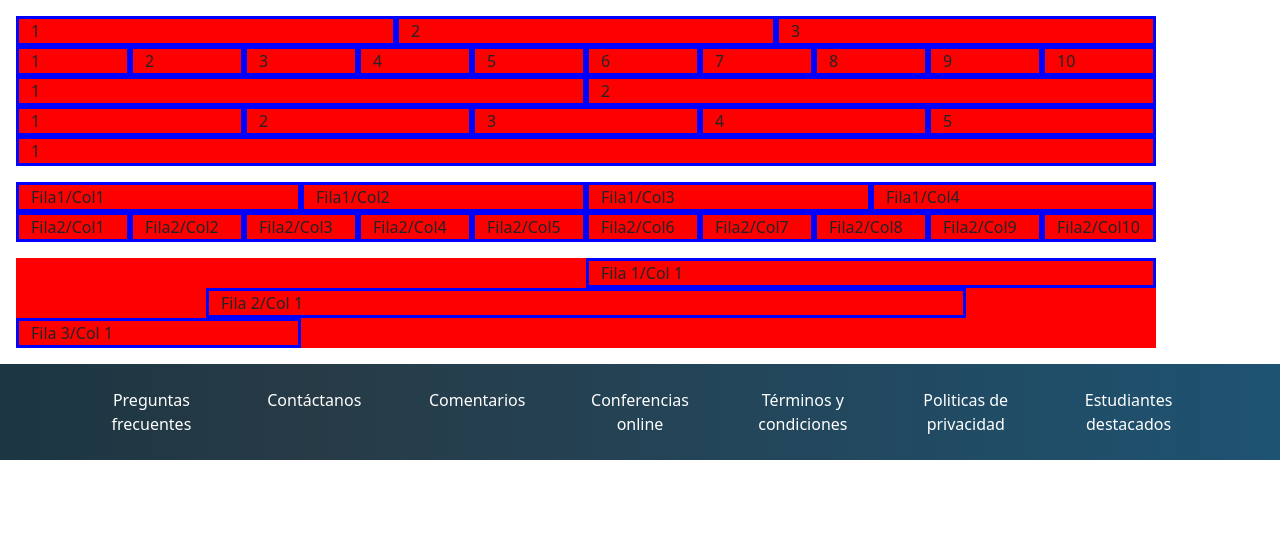
Repository: alexvl06/alexvl06.github.io
Page: index.html
These files come from the project's save history. The page is drawn as it stood at one moment and after the next save; the edit follows.
The browser window is 1280 px wide. The pictures show the whole page.

Above is the page before, as saved 2022-07-11 08:53:56.

### index.html
<!DOCTYPE html>
<html lang="en">
  <head>
    <meta charset="utf-8" />
    <meta name="viewport" content="width=device-width, initial-scale=1" />
    <title>Bootstrap demo</title>
    <link
      href="https://cdn.jsdelivr.net/npm/bootstrap@5.2.0-beta1/dist/css/bootstrap.min.css"
      rel="stylesheet"
      integrity="sha384-0evHe/X+R7YkIZDRvuzKMRqM+OrBnVFBL6DOitfPri4tjfHxaWutUpFmBp4vmVor"
      crossorigin="anonymous"
    />
    <link rel="stylesheet" href="index.css" />
  </head>
  <body>
    <div class="container m-3" style="background: red">
      <div class="row">
        <div class="col" style="border: solid blue">1</div>
        <div class="col" style="border: solid blue">2</div>
        <div class="col" style="border: solid blue">3</div>
      </div>
      <div class="row">
        <div class="col" style="border: solid blue">1</div>
        <div class="col" style="border: solid blue">2</div>
        <div class="col" style="border: solid blue">3</div>
        <div class="col" style="border: solid blue">4</div>
        <div class="col" style="border: solid blue">5</div>
        <div class="col" style="border: solid blue">6</div>
        <div class="col" style="border: solid blue">7</div>
        <div class="col" style="border: solid blue">8</div>
        <div class="col" style="border: solid blue">9</div>
        <div class="col" style="border: solid blue">10</div>
      </div>
      <div class="row">
        <div class="col" style="border: solid blue">1</div>
        <div class="col" style="border: solid blue">2</div>
      </div>
      <div class="row">
        <div class="col" style="border: solid blue">1</div>
        <div class="col" style="border: solid blue">2</div>
        <div class="col" style="border: solid blue">3</div>
        <div class="col" style="border: solid blue">4</div>
        <div class="col" style="border: solid blue">5</div>
      </div>
      <div class="row">
        <div class="col" style="border: solid blue">1</div>
      </div>
    </div>

    <div class="container m-3" style="background: red">
      <div class="row">
        <div class="col-6 col-md-3" style="border: solid blue">Fila1/Col1</div>
        <div class="col-6 col-md-3" style="border: solid blue">Fila1/Col2</div>
        <div class="col-6 col-md-3" style="border: solid blue">Fila1/Col3</div>
        <div class="col-6 col-md-3" style="border: solid blue">Fila1/Col4</div>
      </div>
      <div class="row">
        <div class="col-12 col-md-6 col-lg" style="border: solid blue">
          Fila2/Col1
        </div>
        <div class="col-12 col-md-6 col-lg" style="border: solid blue">
          Fila2/Col2
        </div>
        <div class="col-12 col-md-6 col-lg" style="border: solid blue">
          Fila2/Col3
        </div>
        <div class="col-12 col-md-6 col-lg" style="border: solid blue">
          Fila2/Col4
        </div>
        <div class="col-12 col-md-6 col-lg" style="border: solid blue">
          Fila2/Col5
        </div>
        <div class="col-12 col-md-6 col-lg" style="border: solid blue">
          Fila2/Col6
        </div>
        <div class="col-12 col-md-6 col-lg" style="border: solid blue">
          Fila2/Col7
        </div>
        <div class="col-12 col-md-6 col-lg" style="border: solid blue">
          Fila2/Col8
        </div>
        <div class="col-12 col-md-6 col-lg" style="border: solid blue">
          Fila2/Col9
        </div>
        <div class="col-12 col-md-6 col-lg" style="border: solid blue">
          Fila2/Col10
        </div>
      </div>
    </div>

    <div class="container m-3" style="background: red">
      <div class="row">
        <div class="col-12 col-md-6 offset-md-6" style="border: solid blue">
          Fila 1/Col 1
        </div>
      </div>
      <div class="row">
        <div class="col-8 offset-md-2" style="border: solid blue">
          Fila 2/Col 1
        </div>
      </div>
      <div class="row">
        <div class="col-3 offset-9 offset-md-0" style="border: solid blue">
          Fila 3/Col 1
        </div>
      </div>
    </div>

    <footer class="pb-4 pt-4">
      <div class="container">
        <div class="row text-center">
          <div class="col-12 col-lg">
            <a href="#">Preguntas frecuentes</a>
          </div>
          <div class="col-12 col-lg">
            <a href="#">Contáctanos</a>
          </div>
          <div class="col-12 col-lg">
            <a href="#">Comentarios</a>
          </div>
          <div class="col-12 col-lg">
            <a href="#">Conferencias online</a>
          </div>
          <div class="col-12 col-lg">
            <a href="#">Términos y condiciones</a>
          </div>
          <div class="col-12 col-lg">
            <a href="#">Politicas de privacidad</a>
          </div>
          <div class="col-12 col-lg">
            <a href="#">Estudiantes destacados</a>
          </div>
        </div>
      </div>
    </footer>
    <script
      src="https://cdn.jsdelivr.net/npm/bootstrap@5.2.0-beta1/dist/js/bootstrap.bundle.min.js"
      integrity="sha384-pprn3073KE6tl6bjs2QrFaJGz5/SUsLqktiwsUTF55Jfv3qYSDhgCecCxMW52nD2"
      crossorigin="anonymous"
    ></script>
  </body>
</html>

### index.css
footer{
  background: linear-gradient(90deg, #1c3643, #273b47 25%, #1e5372)
}

footer a{
  color: white;
  text-decoration: none;
}

After the next save:
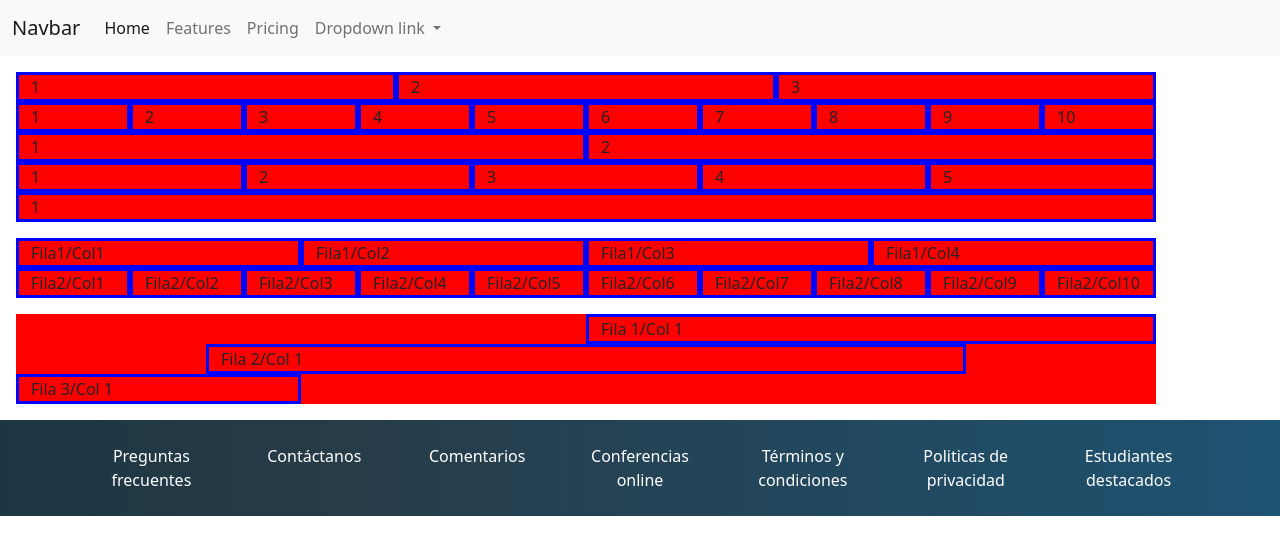
Saved 24 min 7 s later.
--- a/index.html
+++ b/index.html
@@ -13,6 +13,39 @@
     <link rel="stylesheet" href="index.css" />
   </head>
   <body>
+    <header>
+      <nav class="navbar navbar-expand-lg bg-light">
+        <div class="container-fluid">
+          <a class="navbar-brand" href="#">Navbar</a>
+          <button class="navbar-toggler" type="button" data-bs-toggle="collapse" data-bs-target="#navbarNavDropdown" aria-controls="navbarNavDropdown" aria-expanded="false" aria-label="Toggle navigation">
+            <span class="navbar-toggler-icon"></span>
+          </button>
+          <div class="collapse navbar-collapse" id="navbarNavDropdown">
+            <ul class="navbar-nav">
+              <li class="nav-item">
+                <a class="nav-link active" aria-current="page" href="#">Home</a>
+              </li>
+              <li class="nav-item">
+                <a class="nav-link" href="#">Features</a>
+              </li>
+              <li class="nav-item">
+                <a class="nav-link" href="#">Pricing</a>
+              </li>
+              <li class="nav-item dropdown">
+                <a class="nav-link dropdown-toggle" href="#" id="navbarDropdownMenuLink" role="button" data-bs-toggle="dropdown" aria-expanded="false">
+                  Dropdown link
+                </a>
+                <ul class="dropdown-menu" aria-labelledby="navbarDropdownMenuLink">
+                  <li><a class="dropdown-item" href="#">Action</a></li>
+                  <li><a class="dropdown-item" href="#">Another action</a></li>
+                  <li><a class="dropdown-item" href="#">Something else here</a></li>
+                </ul>
+              </li>
+            </ul>
+          </div>
+        </div>
+      </nav>
+    </header>
     <div class="container m-3" style="background: red">
       <div class="row">
         <div class="col" style="border: solid blue">1</div>
@@ -105,7 +138,6 @@
         </div>
       </div>
     </div>
-
     <footer class="pb-4 pt-4">
       <div class="container">
         <div class="row text-center">
